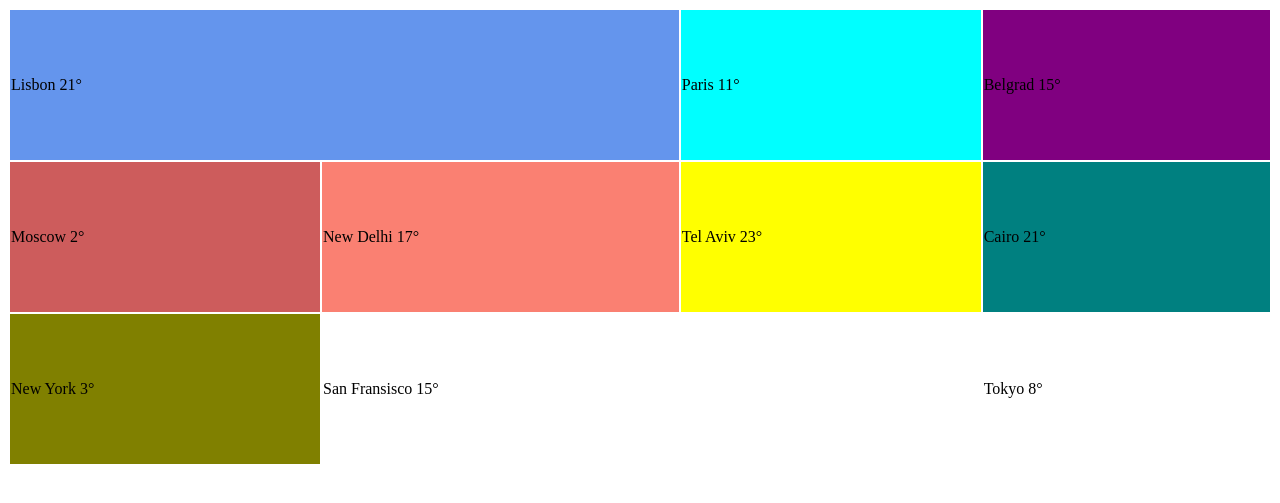
Repository: aysedo/html
Page: Week_2/index.html
These files come from the project's save history. The page is drawn as it stood at one moment and after the next save; the edit follows.
The browser window is 1280 px wide. The pictures show the whole page.

Above is the page before, as saved 2021-08-24 14:42:22.

### Week_2/index.html
<!DOCTYPE html>
<html lang="en">
  <head>
    <meta charset="UTF-8" />
    <meta http-equiv="X-UA-Compatible" content="IE=edge" />
    <meta name="viewport" content="width=device-width, initial-scale=1.0" />
    <title>Document</title>
  </head>
  <body>
    <table width="100%">
      <tr height="150">
        <td colspan="2" bgcolor="cornflowerblue"> Lisbon 21° </td>
        <td bgcolor="Aqua"> Paris 11° </td>
        <td bgcolor="Purple">Belgrad 15°</td>
      </tr>
      <tr height="150">
        <td bgcolor="Indianred"> Moscow 2° </td>
        <td bgcolor="Salmon"> New Delhi 17° </td>
        <td bgcolor="Yellow"> Tel Aviv 23°</td>
        <td bgcolor="Teal"> Cairo 21° </td>
      </tr>
      <tr height="150">
        <td bgcolor="Olive"> New York 3°</td>
        <td colspan="2"> San Fransisco 15° </td>
        <td> Tokyo 8° </td>
      </tr>
    </table>
  </body>
</html>

After the next save:
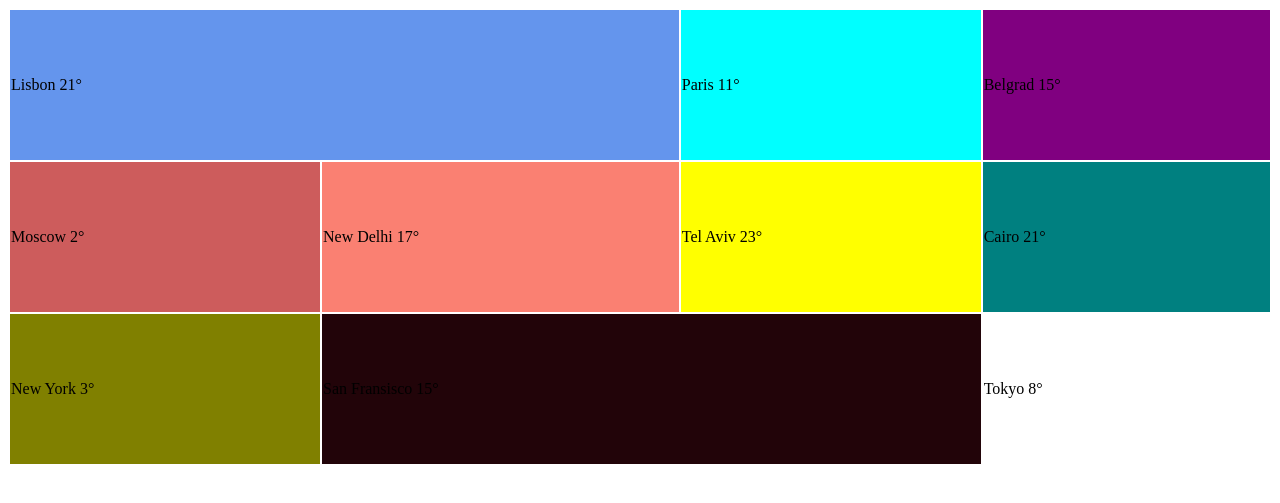
Saved 81 s later.
--- a/Week_2/index.html
+++ b/Week_2/index.html
@@ -21,7 +21,7 @@
       </tr>
       <tr height="150">
         <td bgcolor="Olive"> New York 3°</td>
-        <td colspan="2"> San Fransisco 15° </td>
+        <td colspan="2" bgcolor="222, 49, 99"> San Fransisco 15° </td>
         <td> Tokyo 8° </td>
       </tr>
     </table>

After the save that followed:
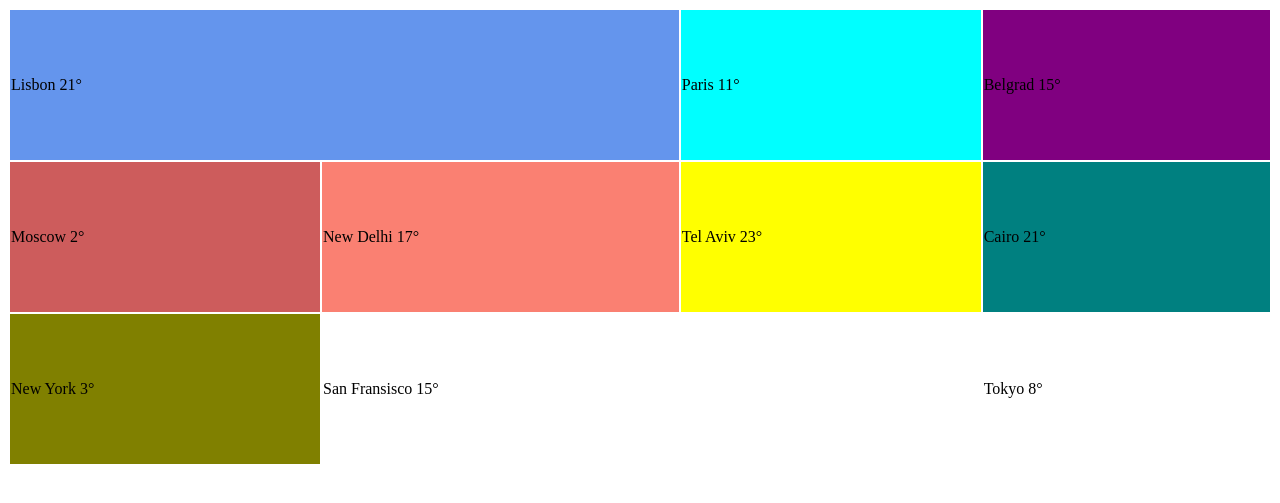
Saved 18 s later.
--- a/Week_2/index.html
+++ b/Week_2/index.html
@@ -21,7 +21,7 @@
       </tr>
       <tr height="150">
         <td bgcolor="Olive"> New York 3°</td>
-        <td colspan="2" bgcolor="222, 49, 99"> San Fransisco 15° </td>
+        <td colspan="2" bgcolor=""> San Fransisco 15° </td>
         <td> Tokyo 8° </td>
       </tr>
     </table>
